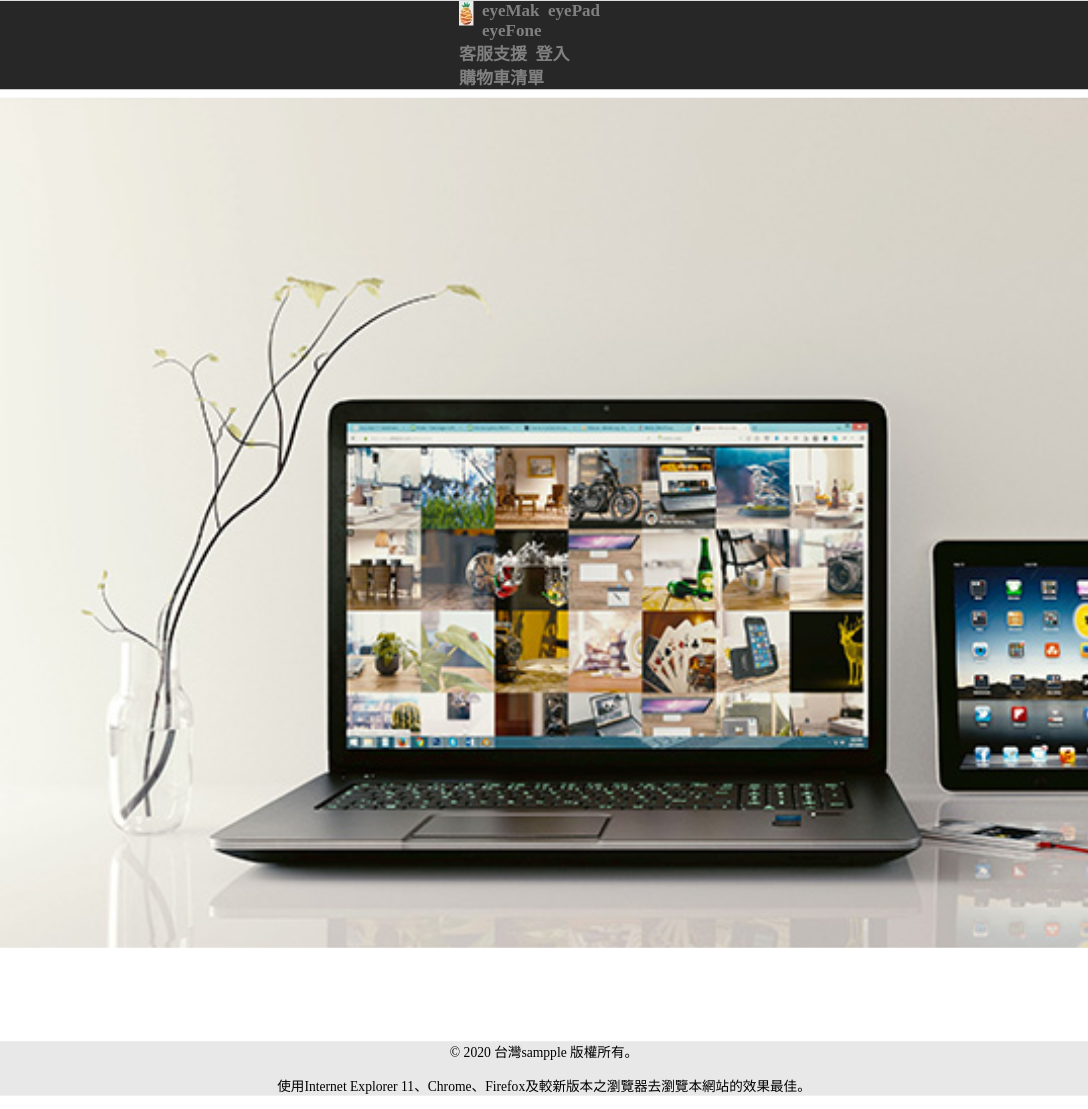
Repository: Vincent4142/NewFinalProject
Page: http://localhost/FinalProject/
The author's editor kept a copy of each file at every save. The page is drawn from the files as they stood at one save, then again after the next save.
The browser window is 1280 px wide. The pictures show the whole page, at 85% of full size.
The page is served by Tomcat 9. Other server files are loaded and not shown.

Above is the page before, as saved 2020-04-09 06:35:45.

### FinalProject/WebContent/index.jsp
<%@ page language="java" contentType="text/html; charset=UTF-8"
	pageEncoding="UTF-8"%>

<!DOCTYPE html>
<html>
<head>
<meta charset="UTF-8">
<title>index</title>
<style type="text/css">
body {
	margin: 0px;
	padding: 0px;
}

#content {
	background-image: url(img/indexbackground.jpg);
	background-repeat: no-repeat;
	background-size: cover;
	height: 1000px;
	margin-top: -10px;
}
</style>
</head>
<body>

	<%@ include file="fragment/indexTOP.jsp"%>


	<div id="content"></div>




	<%@ include file="fragment/indexBOTTOM.jsp"%>
</body>
</html>

### FinalProject/WebContent/fragment/indexTOP.jsp
<%@ page language="java" contentType="text/html; charset=UTF-8"
	pageEncoding="UTF-8"%>
<!DOCTYPE html>
<html>
<head>
<meta charset="UTF-8">
<title>indexTOP</title>

<style type="text/css">
.nav {
	padding-left:500px;
	padding-right:500px;
	margin-top: -19px;
	margin-bottom:0px;
	background-color: #272727;
}
/* 主UL */
.navul {

	list-style-type: none;
	font-weight: bolder;
	font-size: 20px;
	overflow: auto;
}

.navul li {
	border-radius: 5px;
	margin-left: 0px;
	margin-right: 10px;
	float: left;
	display: block;
	position: static;
}

.navul li a {
	text-decoration: none;
	color: gray;
}

.navul li a:hover {
	color: white;
}

#navright {
	float: right;
}
</style>

</head>
<body>

	<nav class="nav" style="text-align: center;">

		<ul class="navul">
			<li><a href="index.jsp"><img alt="logo" src="img/pineapple.jpg"></a></li>
			<li><a href="eyeMakPage.jsp">eyeMak</a></li>
			<li><a href="eyePadPage.jsp">eyePad</a></li>
			<li><a href="eyeFonePage.jsp">eyeFone</a></li>

			<div id="navright">
				<li><a href="customerServicePage.jsp">客服支援</a></li>
				<li><a href="LoginPage.jsp">登入</a></li>
				<li><a href="shoppingcartPage.jsp">購物車清單</a></li>
			</div>
		</ul>

	</nav>

</body>
</html>

### FinalProject/WebContent/fragment/indexBOTTOM.jsp
<%@ page language="java" contentType="text/html; charset=UTF-8"
    pageEncoding="UTF-8"%>
<!DOCTYPE html>
<html>
<head>
<meta charset="UTF-8">
<title>indexBOTTOM</title>

<style type="text/css">

	#bottom{
		background-color:#E8E8E8;
		text-align: center;
		margin-top: 110px;
		margin-bottom: 0px;
	}

</style>

</head>
<body>
	<div id="bottom">
		<p>© 2020 台灣sampple 版權所有。</p>

		<p>使用Internet Explorer 11、Chrome、Firefox及較新版本之瀏覽器去瀏覽本網站的效果最佳。</p>
	</div>
</body>
</html>

After the next save:
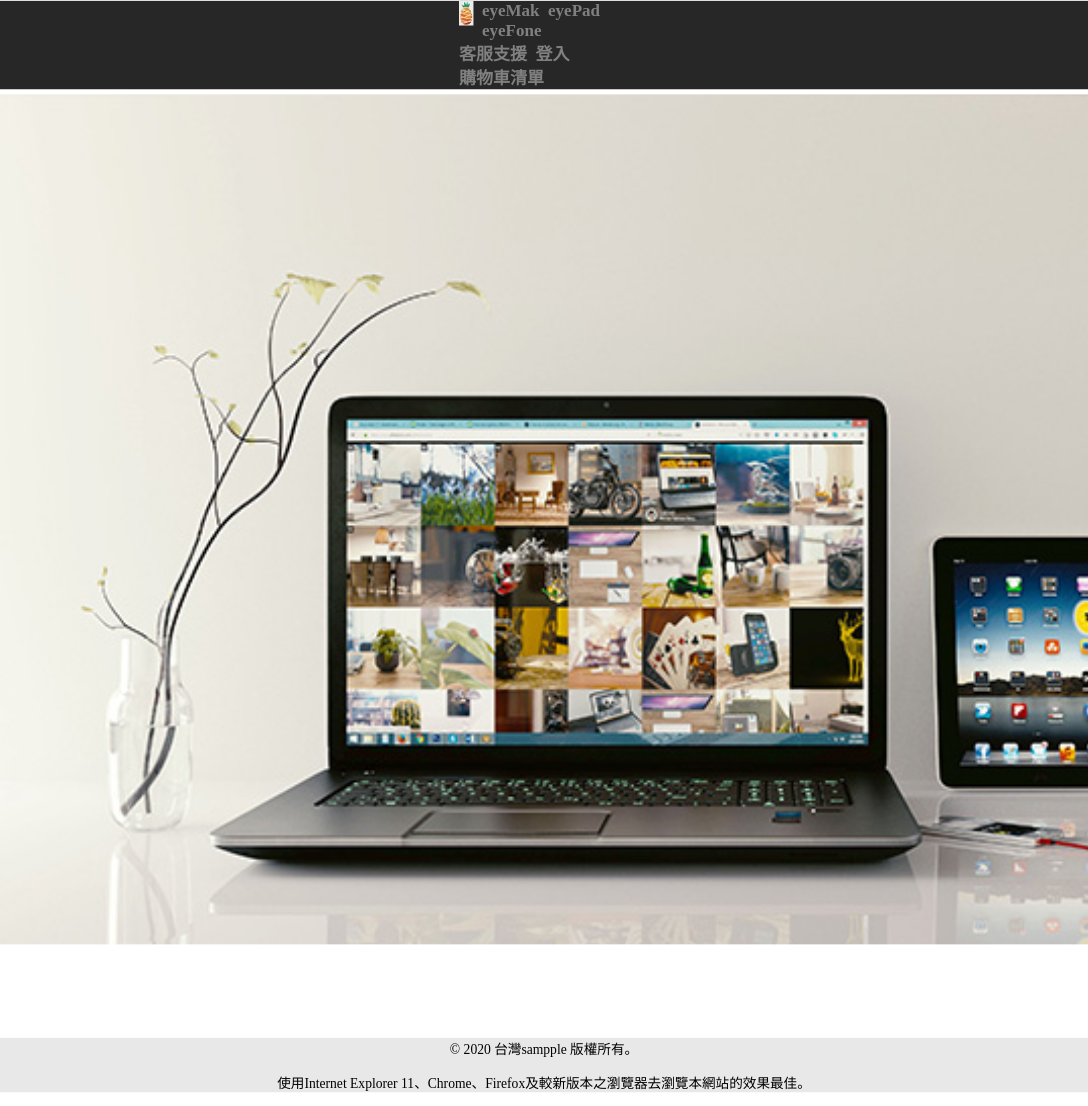
Saved 29 s later.
--- a/FinalProject/WebContent/index.jsp
+++ b/FinalProject/WebContent/index.jsp
@@ -17,7 +17,7 @@
 	background-repeat: no-repeat;
 	background-size: cover;
 	height: 1000px;
-	margin-top: -10px;
+	margin-top: -14px;
 }
 </style>
 </head>
